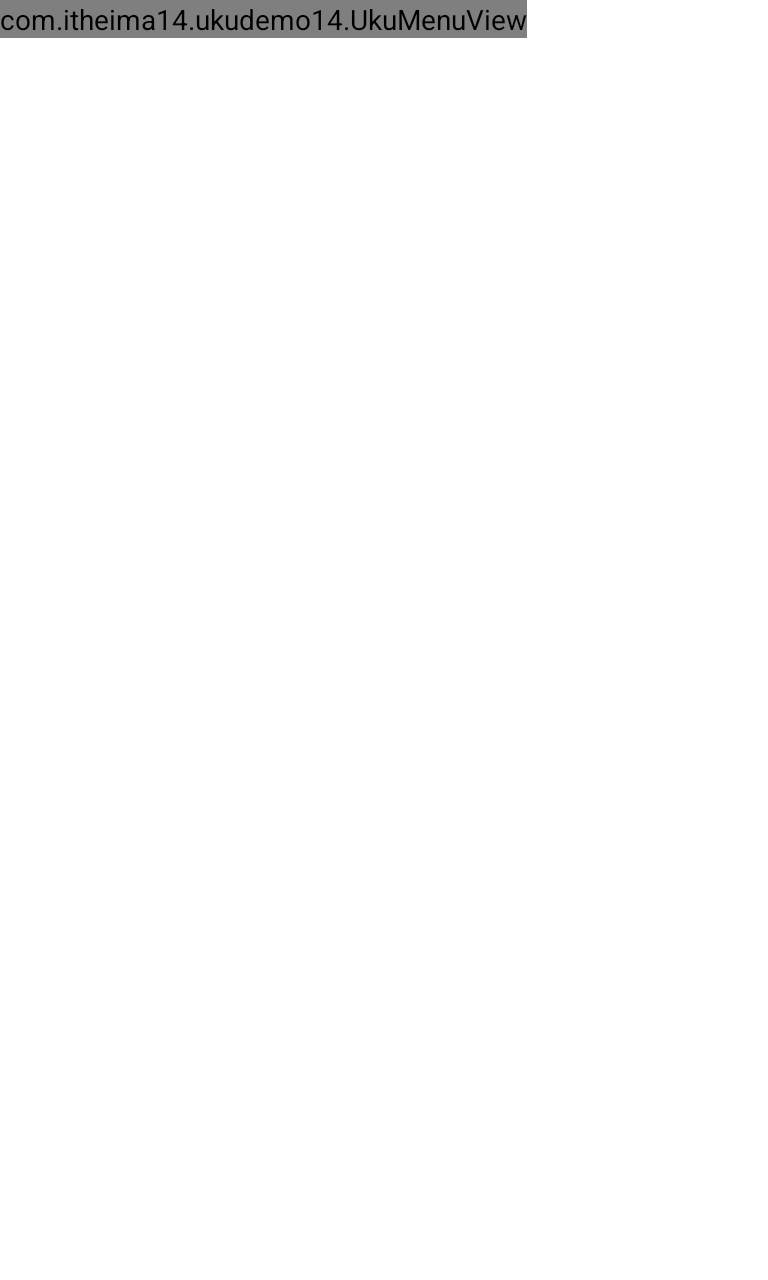
Repository: ASmouse/View
Layout: 02_UkuDemo14/res/layout/activity_main.xml
The author's editor kept a copy of each file at every save. The layout is drawn from the files as they stood at one save, then again after the next save.
Pictures or frames that could not be fetched are drawn as grey boxes. It is drawn on a 768 x 1280 px phone screen (xhdpi) without system bars, with theme AppTheme; the app's code is not run.

Above is the layout before, as saved 2015-10-24 06:48:44.

After the next save:
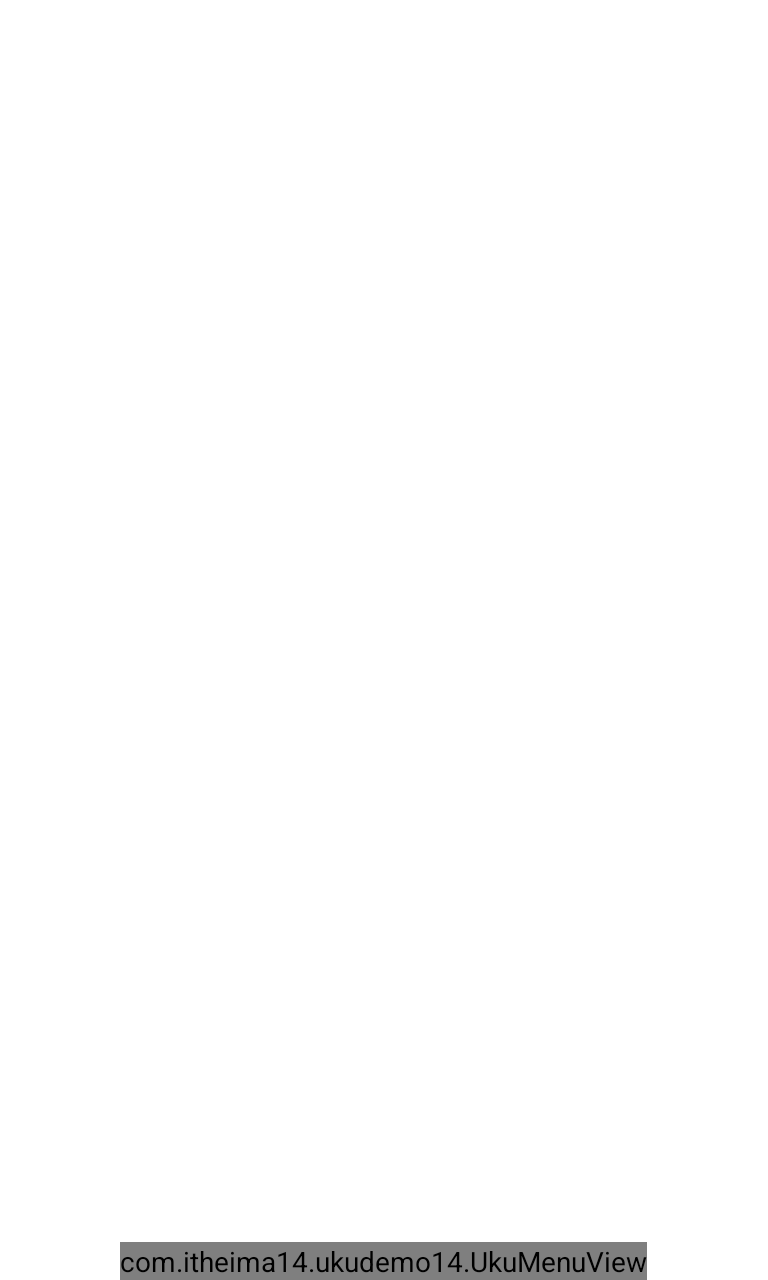
Saved 14 s later.
--- a/02_UkuDemo14/res/layout/activity_main.xml
+++ b/02_UkuDemo14/res/layout/activity_main.xml
@@ -6,7 +6,9 @@
 
     <com.itheima14.ukudemo14.UkuMenuView
         android:layout_width="wrap_content"
-        android:layout_height="wrap_content" >
+        android:layout_height="wrap_content"
+        android:layout_alignParentBottom="true"
+        android:layout_centerHorizontal="true" >
     </com.itheima14.ukudemo14.UkuMenuView>
 
 </RelativeLayout>
